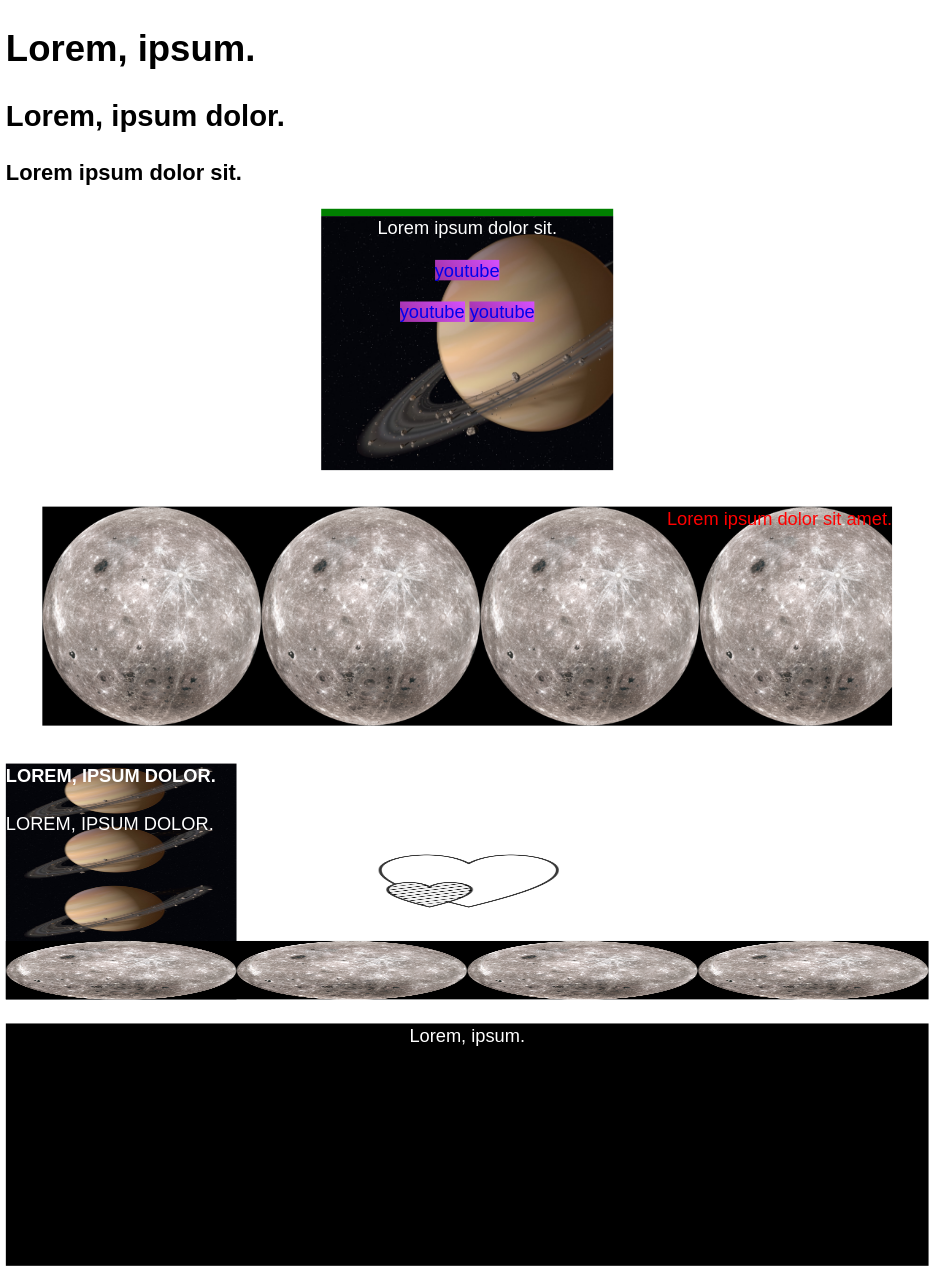
Repository: aSSasdy/assasdy.github.io
Page: index.html
The author's editor kept a copy of each file at every save. The page is drawn from the files as they stood at one save, then again after the next save.
The browser window is 1280 px wide. The pictures show the whole page, at 73% of full size.

Above is the page before, as saved 2021-11-29 17:19:44.

After the next save:
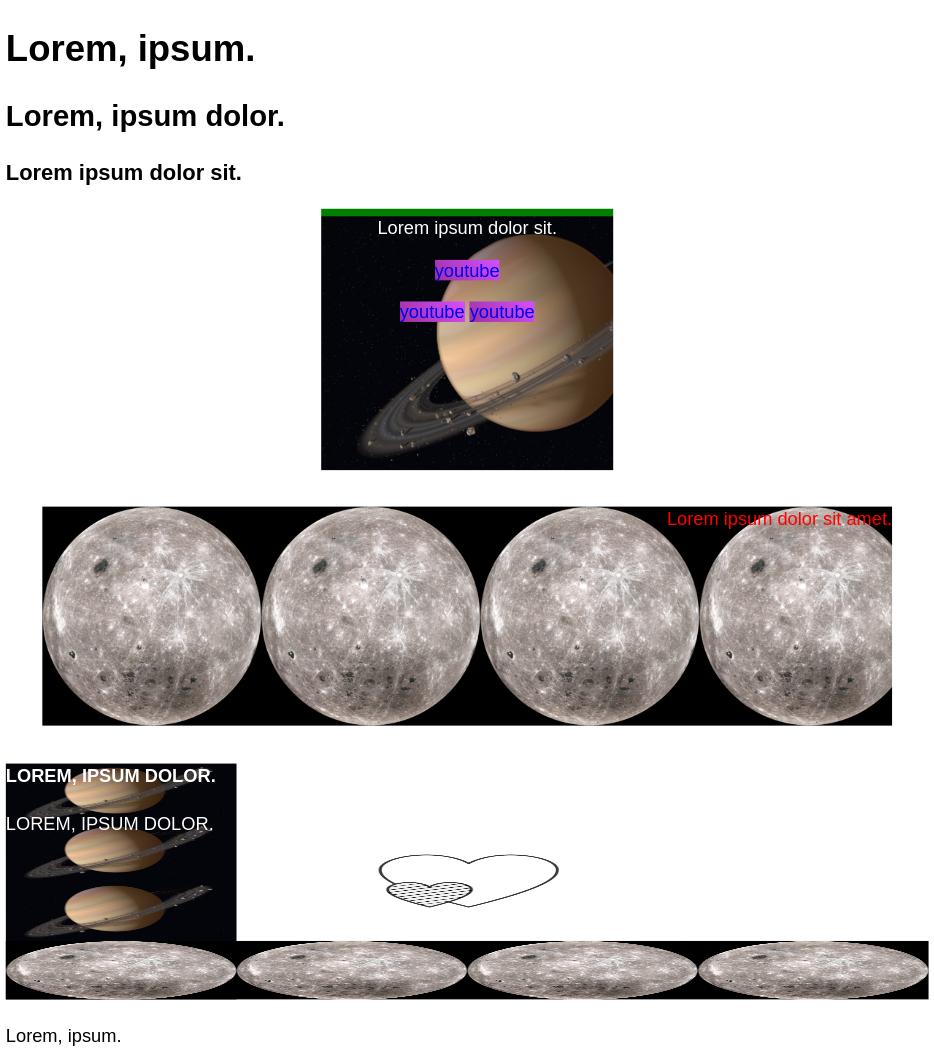
Saved 23 s later.
--- a/css/style.css
+++ b/css/style.css
@@ -56,10 +56,3 @@
 h1,h2,h3,h4 {
     font: PT Serif;
 }
-.box-1{
-    background-color:black;
-    margin: auto;
-    padding-bottom: 300px;
-    color: white;
-    text-align: center;
-}

After the save that followed:
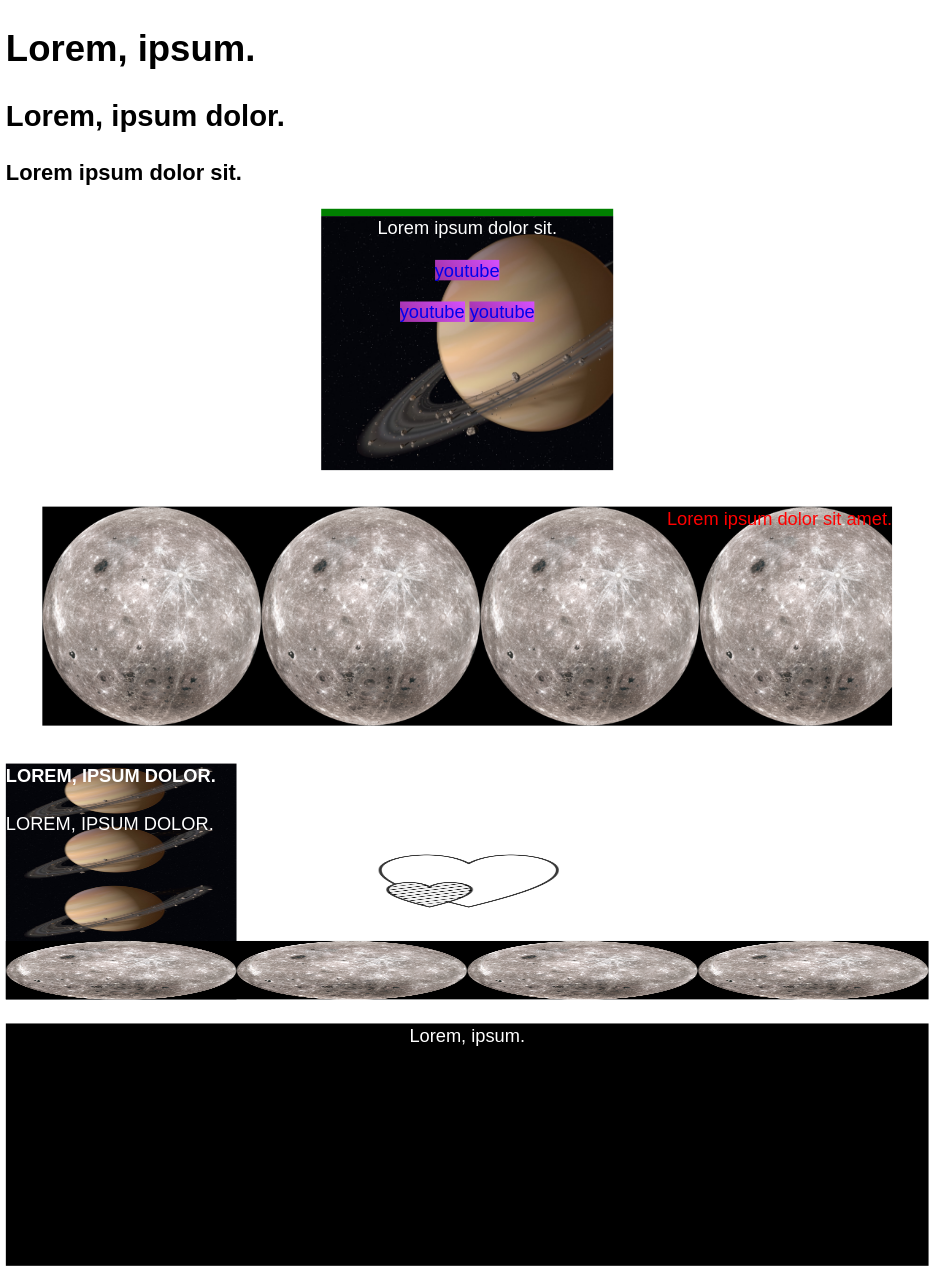
Saved 14 s later.
--- a/css/style.css
+++ b/css/style.css
@@ -56,3 +56,10 @@
 h1,h2,h3,h4 {
     font: PT Serif;
 }
+.box-1{
+    background-color:black;
+    margin: auto;
+    padding-bottom: 300px;
+    color: white;
+    text-align: center;
+}
